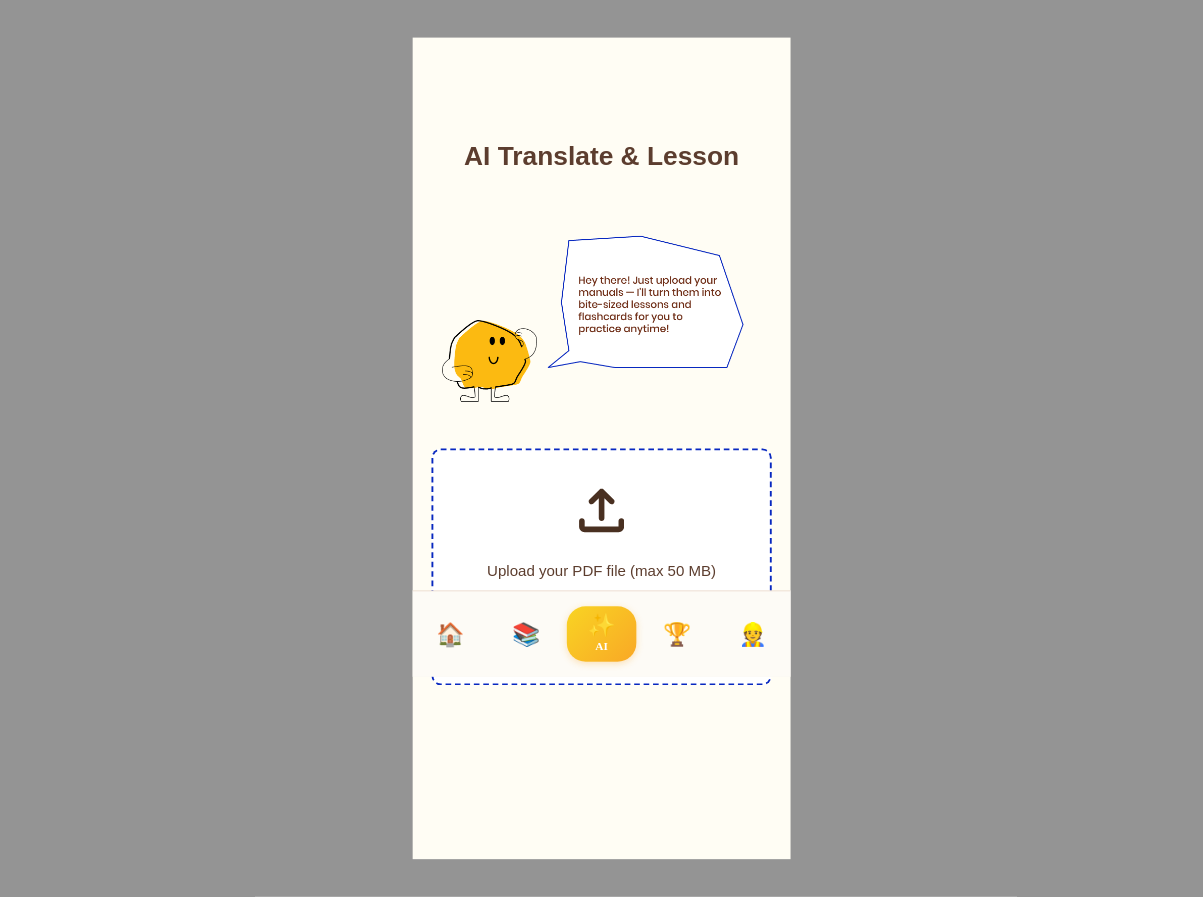
Repository: richelletiongson/Jargon_FrontendShowcase
Page: / (app in jargon_frontend/)
These files come from the project's save history. The page is drawn as it stood at one moment and after the next save; the edit follows.
The browser window is 1280 px wide. The pictures show the whole page, at 94% of full size.
The project was rebuilt for these pictures with package versions that can differ from the ones it lists, and the page was loaded fresh each time. Also part of the build but not shown: jargon_frontend/vite.config.js, jargon_frontend/src/index.css, jargon_frontend/src/home_pages/Home.jsx, jargon_frontend/src/course_pages/Course.jsx, jargon_frontend/src/charts_pages/Charts.jsx, jargon_frontend/src/profile_pages/Profile.jsx.

Above is the page before, as saved 2025-10-22 17:24:01.

### jargon_frontend/index.html
<!doctype html>
<html lang="en">
  <head>
    <meta charset="UTF-8" />
    <link rel="icon" type="image/svg+xml" href="/vite.svg" />
    <meta name="viewport" content="width=device-width, initial-scale=1.0" />
    <title>jargon_frontend</title>
  </head>
  <body>
    <div id="root"></div>
    <script type="module" src="/src/main.jsx"></script>
  </body>
</html>

### jargon_frontend/src/App.jsx
import './App.css'
import NavBar from "./components/NavBar";
import { BrowserRouter, Routes, Route } from "react-router-dom";
import Home from "./home_pages/Home";
import Course from "./course_pages/Course";
import AI from "./ai_pages/AI";
import Charts from "./charts_pages/Charts";
import Profile from "./profile_pages/Profile";

function App() {
  return (
    <BrowserRouter>
            <div className='page'>
                <main className='main-content'>
                    <Routes>
                        <Route
                            path='/'
                            element={<AI />}
                        />
                        <Route
                            path='/home'
                            element={<Home />}
                        />
                        <Route
                            path='/course'
                            element={<Course />}
                        />
                        <Route
                            path='/ai'
                            element={<AI />}
                        />
                        <Route
                            path='/charts'
                            element={<Charts />}
                        />
                        <Route
                            path='/profile'
                            element={<Profile />}
                        />

                    </Routes>
                </main>
                <NavBar />
            </div>
        </BrowserRouter>
  )
}

export default App

### jargon_frontend/src/App.css
* {
  padding: 0;
  margin: 0;
}
main {
  background-color: #949494;
  padding: 0 0 80px 0;
}

### jargon_frontend/src/components/NavBar.jsx
import React from 'react';
import { Link, useLocation } from 'react-router-dom';
import './NavBar.css';

const NavBar = () => {
  const location = useLocation();

  return (
    <div className="bottom-nav">
      <Link to="/home" className={`nav-item ${location.pathname === '/home' ? 'active' : ''}`}>
        <div className="nav-icon">🏠</div>
      </Link>
      <Link to="/course" className={`nav-item ${location.pathname === '/course' ? 'active' : ''}`}>
        <div className="nav-icon">📚</div>
      </Link>
      <Link to="/" className={`nav-item ${location.pathname === '/' ? 'active' : ''}`}>
        <div className="nav-icon">✨</div>
        <span className="nav-text">AI</span>
      </Link>
      <Link to="/charts" className={`nav-item ${location.pathname === '/charts' ? 'active' : ''}`}>
        <div className="nav-icon">🏆</div>
      </Link>
      <Link to="/profile" className={`nav-item ${location.pathname === '/profile' ? 'active' : ''}`}>
        <div className="nav-icon">👷</div>
      </Link>
    </div>
  );
};

export default NavBar;

### jargon_frontend/src/ai_pages/AI.jsx
import React, { useState } from 'react';
import './AI.css';
import UploadIcon from '../assets/Upload_Icon.svg';
import RockyImage from '../assets/AI_Rocky.PNG';

const AI = () => {
  const [selectedFile, setSelectedFile] = useState(null);

  const handleFileChange = (event) => {
    const file = event.target.files[0];
    if (file) {
      setSelectedFile(file);
    }
  };

  return (
    <div className="ai-page">
      <div className="main-content">
        <h1 className="page-title">AI Translate & Lesson</h1>
        <div className='rocky-container'>
          <img src={RockyImage} alt="Rocky" className="rocky-image" />
        </div>
        <div className="file-upload-container">
          <div className="file-upload-area">
            <img src={UploadIcon} alt="Upload" className="upload-icon" />
            <p className="upload-text">Upload your PDF file (max 50 MB)</p>
            <input
              type="file"
              id="file-input"
              accept=".pdf"
              onChange={handleFileChange}
              style={{ display: 'none' }}
            />
            <label htmlFor="file-input" className="choose-file-btn">
              Choose file
            </label>
            {selectedFile && (
              <p className="selected-file">Selected: {selectedFile.name}</p>
            )}
          </div>
        </div>
      </div>
    </div>
  );
};

export default AI;

### jargon_frontend/src/components/NavBar.css
/* Bottom Navigation Styles */
.bottom-nav {
  display: flex;
  justify-content: space-around;
  align-items: center;
  background-color: #FDFBF6;
  padding: 16px 0;
  width: 402px;
  border-top: 1px solid #E8D5C4;
  position: fixed;
  bottom: 0;
  left: 50%;
  transform: translateX(-50%);
  z-index: 100;
}

.nav-item {
  display: flex;
  flex-direction: column;
  align-items: center;
  gap: 4px;
  padding: 8px 12px;
  border-radius: 20px;
  transition: all 0.3s ease;
  cursor: pointer;
  min-width: 50px;
  text-decoration: none;
  color: inherit;
}

.nav-item:hover {
  background-color: #F5F0E8;
}

.nav-item.active {
  background: linear-gradient(135deg, #F9D423 0%, #F9A826 100%);
  color: white;
  box-shadow: 0 2px 8px rgba(249, 164, 38, 0.3);
}

.nav-icon {
  font-size: 24px;
  line-height: 1;
}

.nav-text {
  font-size: 12px;
  font-weight: 600;
  color: inherit;
}

.nav-item:not(.active) .nav-icon {
  color: #5C3D2E;
}

/* Responsive Design */
@media (max-width: 480px) {
  .nav-icon {
    font-size: 20px;
  }

  .nav-text {
    font-size: 10px;
  }
}

### jargon_frontend/src/home_pages/Home.css
/* Home Page Styles */
.home-page {
  min-height: 874px;
  width: 402px;
  background-color: #FFFDF4;
  display: flex;
  flex-direction: column;
  font-family: poppins, sans-serif;
  margin: 0;
  padding: 0;
}

.status-bar {
  display: flex;
  justify-content: space-between;
  align-items: center;
  padding: 12px 20px;
  background-color: #FDFBF6;
  color: #5C3D2E;
  font-size: 16px;
  font-weight: 600;
}

.status-icons {
  display: flex;
  gap: 8px;
  font-size: 18px;
}

.main-content {
  flex: 1;
  padding: 40px 20px;
  display: flex;
  flex-direction: column;
  align-items: center;
  justify-content: center;
  text-align: center;
}

.page-title {
  font-size: 28px;
  font-weight: bold;
  color: #5C3D2E;
  margin-bottom: 20px;
}

.coming-soon {
  color: #5C3D2E;
  font-size: 18px;
  opacity: 0.7;
}

### jargon_frontend/src/course_pages/Course.css
/* Course Page Styles */
.course-page {
  min-height: 874px;
  width: 402px;
  background-color: #FFFDF4;
  display: flex;
  flex-direction: column;
  font-family: poppins, sans-serif;
  margin: 0;
  padding: 0;
}

.status-bar {
  display: flex;
  justify-content: space-between;
  align-items: center;
  padding: 12px 20px;
  background-color: #FDFBF6;
  color: #5C3D2E;
  font-size: 16px;
  font-weight: 600;
}

.status-icons {
  display: flex;
  gap: 8px;
  font-size: 18px;
}

.main-content {
  flex: 1;
  padding: 40px 20px;
  display: flex;
  flex-direction: column;
  align-items: center;
  justify-content: center;
  text-align: center;
}

.page-title {
  font-size: 28px;
  font-weight: bold;
  color: #5C3D2E;
  margin-bottom: 20px;
}

.coming-soon {
  color: #5C3D2E;
  font-size: 18px;
  opacity: 0.7;
}

### jargon_frontend/src/ai_pages/AI.css
/* AI Page Styles */
.ai-page {
  min-height: 874px;
  width: 402px;
  background-color: #FFFDF4;
  display: flex;
  flex-direction: column;
  font-family: poppins, sans-serif;
}

/* Main Content */

.main-content {
  flex: 1;
  margin-top: 0;
  display: flex;
  flex-direction: column;
  align-items: center;
  justify-content: flex-start;
  text-align: center;
}

.page-title {
  font-size: 28px;
  font-weight: bold;
  color: #5C3D2E;
  padding: 0 20px 0 20px;
  line-height: 1.2;
}

.rocky-container {
  display: flex;
  justify-content: center;
  align-items: center;

}

.rocky-image {
  width: 120%;
  max-width: 120%;
  height: auto;
  border-radius: 8px;
}

.file-upload-container {
  width: 100%;
  max-width: 400px;
  margin: 0 auto;
  padding-bottom: 75px;
}

.file-upload-area {
  background-color: white;
  border: 2px dashed #0828C0;
  border-radius: 10px;
  padding: 40px 20px;
  display: flex;
  flex-direction: column;
  align-items: center;
  gap: 20px;
}

.upload-icon {
  width: 48px;
  height: 48px;
  color: #6F2E17;
  margin-bottom: 10px;
}

.upload-text {
  color: #5C3D2E;
  font-size: 16px;
  margin: 0;
  line-height: 1.4;
}

.choose-file-btn {
  background-color: #652A15;
  color: white;
  border-radius: 18px;
  border: none;
  font-size: 16px;
  font-weight: 600;
  display: flex;
  justify-content: center;
  align-items: center;
  width: 276px;
  height: 48px;
}

.selected-file {
  color: #5C3D2E;
  font-size: 14px;
  margin: 10px 0 0 0;
  font-style: italic;
}

### jargon_frontend/src/charts_pages/Charts.css
/* Charts Page Styles */
.charts-page {
  min-height: 874px;
  width: 402px;
  background-color: #FFFDF4;
  display: flex;
  flex-direction: column;
  font-family: poppins, sans-serif;
  margin: 0;
  padding: 0;
}

.status-bar {
  display: flex;
  justify-content: space-between;
  align-items: center;
  padding: 12px 20px;
  background-color: #FDFBF6;
  color: #5C3D2E;
  font-size: 16px;
  font-weight: 600;
}

.status-icons {
  display: flex;
  gap: 8px;
  font-size: 18px;
}

.main-content {
  flex: 1;
  padding: 40px 20px;
  display: flex;
  flex-direction: column;
  align-items: center;
  justify-content: center;
  text-align: center;
}

.page-title {
  font-size: 28px;
  font-weight: bold;
  color: #5C3D2E;
  margin-bottom: 20px;
}

.coming-soon {
  color: #5C3D2E;
  font-size: 18px;
  opacity: 0.7;
}

### jargon_frontend/src/profile_pages/Profile.css
/* Profile Page Styles */
.profile-page {
  min-height: 874px;
  width: 402px;
  background-color: #FFFDF4;
  display: flex;
  flex-direction: column;
  font-family: poppins, sans-serif;
  margin: 0;
  padding: 0;
}

.status-bar {
  display: flex;
  justify-content: space-between;
  align-items: center;
  padding: 12px 20px;
  background-color: #FDFBF6;
  color: #5C3D2E;
  font-size: 16px;
  font-weight: 600;
}

.status-icons {
  display: flex;
  gap: 8px;
  font-size: 18px;
}

.main-content {
  flex: 1;
  padding: 40px 20px;
  display: flex;
  flex-direction: column;
  align-items: center;
  justify-content: center;
  text-align: center;
}

.page-title {
  font-size: 28px;
  font-weight: bold;
  color: #5C3D2E;
  margin-bottom: 20px;
}

.coming-soon {
  color: #5C3D2E;
  font-size: 18px;
  opacity: 0.7;
}

Loaded but not shown: jargon_frontend/src/main.jsx (common file)

After the next save:
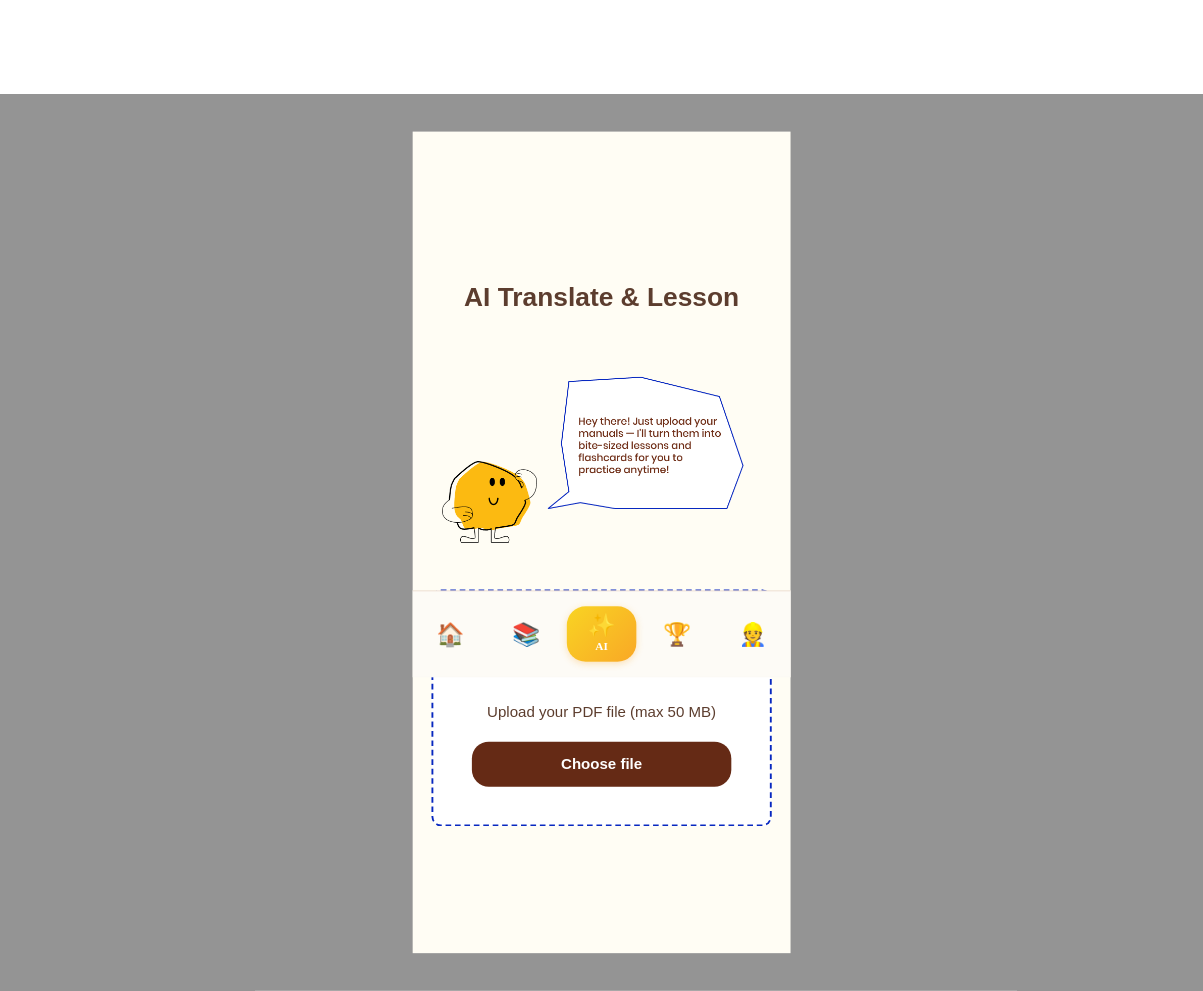
Saved 12 s later.
--- a/jargon_frontend/src/ai_pages/AI.css
+++ b/jargon_frontend/src/ai_pages/AI.css
@@ -12,7 +12,7 @@
 
 .main-content {
   flex: 1;
-  margin-top: 0;
+  margin-top: 100px;
   display: flex;
   flex-direction: column;
   align-items: center;

After the save that followed:
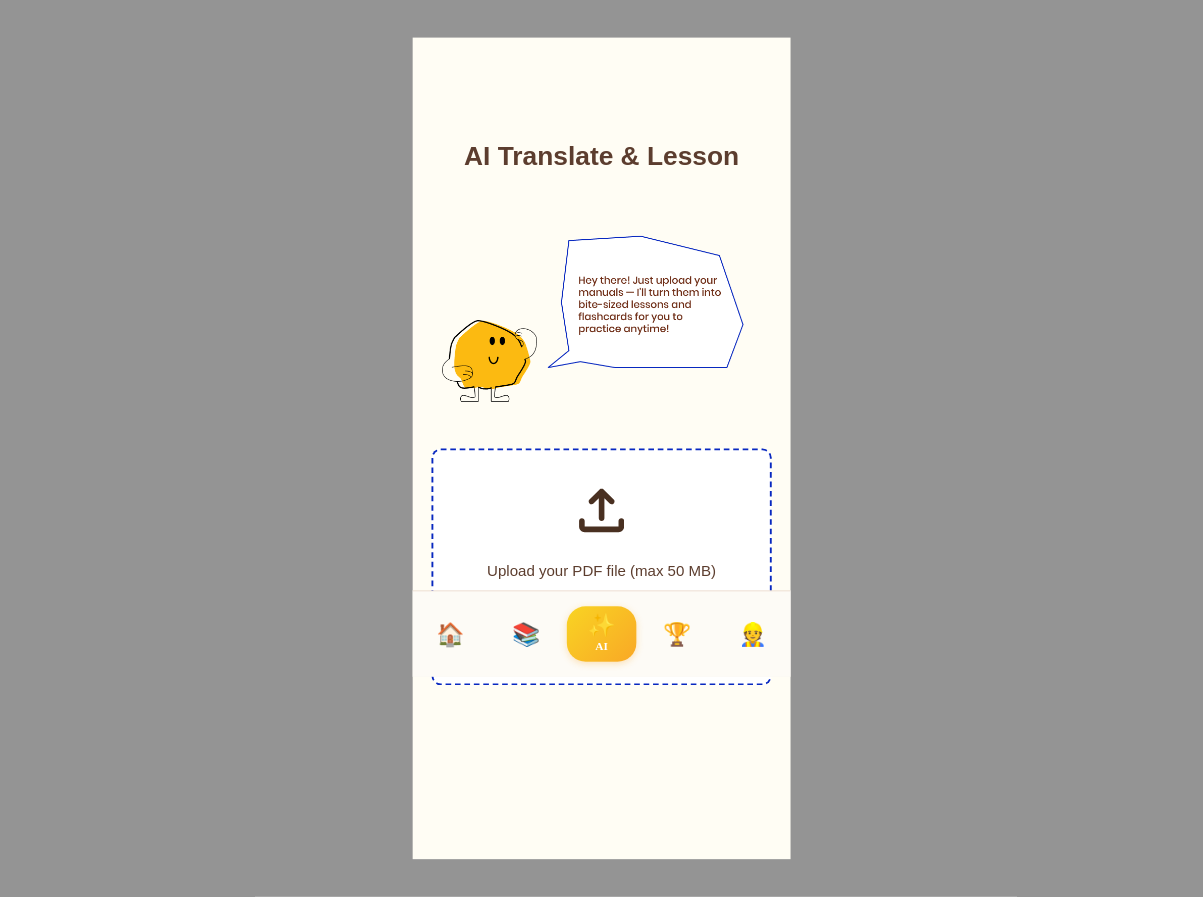
Saved 20 s later.
--- a/jargon_frontend/src/ai_pages/AI.css
+++ b/jargon_frontend/src/ai_pages/AI.css
@@ -12,7 +12,7 @@
 
 .main-content {
   flex: 1;
-  margin-top: 100px;
+  padding-top: 100px;
   display: flex;
   flex-direction: column;
   align-items: center;
